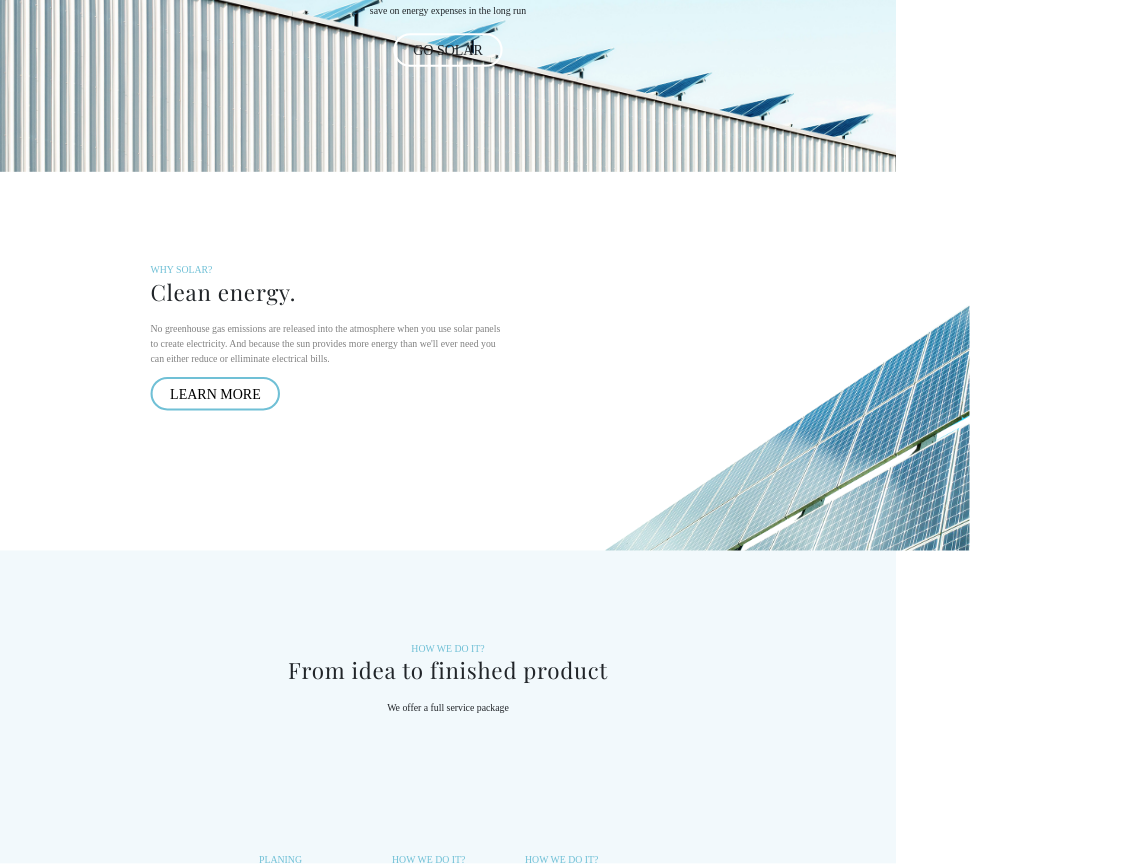
Repository: sabinemm/fabf
Page: index.html
The author's editor kept a record of every edit. The page is drawn from the files as they stood at one moment, then again after the next edit.
The browser window is 1280 px wide. The page is 1385 px wide, then 1615 px, then 1385 px, so the pictures cover 1615 px, including what lies to the right of the window. The pictures show the part of the page from y = 349 to 1869 px (the page is 1587 px tall before and 2401 px after), at 70% of full size.
Backgrounds fixed to the window are drawn as part of the page. Some web fonts or font styles are not loaded; a fallback is used.

Above is the page before.

### index.html
<!DOCTYPE html>
<html lang="en">

<head>
    <meta charset="UTF-8">
    <meta name="viewport" content="width=device-width, initial-scale=1.0">
    <meta http-equiv="X-UA-Compatible" content="ie=edge">
    <link rel="stylesheet" href="style.css" type="text/css" />
    <link rel="stylesheet" href="https://stackpath.bootstrapcdn.com/bootstrap/4.3.1/css/bootstrap.min.css" integrity="sha384-ggOyR0iXCbMQv3Xipma34MD+dH/1fQ784/j6cY/iJTQUOhcWr7x9JvoRxT2MZw1T" crossorigin="anonymous">
    <link rel="stylesheet" media="screen" href="https://fontlibrary.org/face/roundo" type="text/css" />
    <link rel="stylesheet" media="screen" href="https://fontlibrary.org/face/source-sans-pro" type="text/css" />
    <link href="https://fonts.googleapis.com/css?family=Playfair+Display&display=swap" rel="stylesheet">
    <title>FOR A BETTER FUTURE</title>
</head>

<body>

    <!–-----– NAVBAR ------->

    <div class="container">
        <nav class="navbar navbar-fixed-top navbar-expand-lg navbar-light bg-light">
            <a class="navbar-brand" href="#">
          <img src="img/logo.svg" height="50px"alt="logo">
        </a>
            <button class="navbar-toggler" type="button" data-toggle="collapse" data-target="#navbarText" aria-controls="navbarText" aria-expanded="false" aria-label="Toggle navigation">
    <span class="navbar-toggler-icon"></span>
  </button>
            <div class="collapse navbar-collapse justify-content-center" id="navbarText">
                <ul class="navbar-nav mr-auto">
                    <li class="nav-item">
                        <a class="nav-link" href="#">About</a>
                    </li>
                    <li class="nav-item">
                        <a class="nav-link" href="#">Concept</a>
                    </li>
                    <li class="nav-item">
                        <a class="nav-link" href="#">Pricing</a>
                    </li>
                </ul>
                <span class="navbar-text">
          <button type="button" class="btn btn-blue-border">CONTACT</button>
    </span>
            </div>
        </nav>
    </div>

    <!–-----– FIRST SECTION ------->

    <section id="parallax">
        <div class="container">
            <div class="ltitle text-center">
                <p class="uppercase stitle">WELCOME TO A BETTER FUTURE</p>
                <h2> Where we can make your dreams <br> of sustainability become a reality </h2>
                <p class="tparagraph"> We can create your perfect off-grid sanctuary, power your summer home or help you <br> save on energy expenses in the long run</p>
                <button type="button" class="btn  btn-transp-white-border">GO SOLAR</button>
            </div>
        </div>
    </section>

    <!–-----– SECOND SECTION ------->

    <section id="clean">
        <div class="container container-fluid section-2">
            <div class="row">
                <div class="col col-md-6">
                    <p class="uppercase stitle stitle-blue">WHY SOLAR?</p>
                    <h2 class="ltitle ltitle2"> Clean energy.</h2>
                    <p class="tparagraph tparagraph2"> No greenhouse gas emissions are released into the atmosphere when you use solar panels to create electricity. And because the sun provides more energy than we'll ever need you can either reduce or elliminate electrical bills. </p>
                    <button type="button" class="btn btn-blue-border">LEARN MORE</button>

                </div>
            </div>

            <div class="container">
                <div class="col col-md-6 offset-md-6">
                    <img src="img/sidepanel.png" class="sidepanel"></img>
                </div>
            </div>
        </div>

    </section>

    <!–-----– THIRD SECTION ------->

    <section id="idea">
        <div class="idea-title text-center">
            <p class="uppercase stitle stitle-blue">HOW WE DO IT?</p>
            <h2 class="ltitle ltitle2"> From idea to finished product</h2>
            <p class="tparagraph">We offer a full service package</p>

        </div>
        <div class="container">
            <div class="row justify-content-center">
                <div class=" col-2 col-md-2">
                     <p class="uppercase stitle stitle-blue">PLANING</p>
                </div>
                <div class="col-2 col-md-2">
                     <p class="uppercase stitle stitle-blue">HOW WE DO IT?</p>
                </div>
                <div class="col-2 col-md-2">
                     <p class="uppercase stitle stitle-blue">HOW WE DO IT?</p>
                </div>
            </div>

        </div>

    </section>

</body>

</html>

### style.css

/*-------------------navbar------------------*/

.navbar {
    margin-top: 30px;
    margin-left: 30px;
    margin-right: 30px;

}

@media (max-width:536px) {
    .navbar {
        margin-top: 15px;
        margin-left: 10px;
        margin-right: 10px;
    }
}

/*-------------------Buttons------------------*/

.btn-transp-white-border,
.btn-transp-white-border:hover,
.btn-transp-white-border:active,
.btn-transp-white-border:visited,
.btn-transp-white-border:active:focus,
.btn-transp-white-border:focus {
    background-color: rgba(0, 0, 0, 0);
    border: solid 3px white !important;
    border-radius: 30px !important;
    color: white;
    text-align: center;
    text-decoration: none;
    display: inline-block;
    font-size: 20px !important;
    font-family: 'SourceSansProRegular';
    padding-left: 25px !important;
    padding-right: 25px !important;
}


.btn-transp-white-border:hover {
    background-color: rgba(255, 255, 255, 0.5);
    padding-left: 25px;
    padding-right: 25px;
}


.btn-blue-border,
.btn-blue-border:hover,
.btn-blue-border:active,
.btn-blue-border:visited,
.btn-blue-border:active:focus,
.btn-blue-border:focus {
    background-color: rgba(0, 0, 0, 0) !important;
    border: solid 3px rgb(112, 192, 214) !important;
    border-radius: 30px !important;
    color: black !important;
    text-align: center;
    text-decoration: none;
    display: inline-block;
    font-size: 20px !important;
    font-family: 'SourceSansProRegular';
    padding-left: 25px !important;
    padding-right: 25px!important;
}

.btn-blue-border:hover {
    background-color: rgba(112, 192, 214, 0.5) !important;
    padding-left: 25px;
    padding-right: 25px;
}


/*-------------------SECTION 1 PAGE 1------------------*/

#parallax {
    background: url(img/1page1section.jpg);
    background-attachment: fixed;
    background-position: bottom;
    background-repeat: no-repeat;
    background-size: cover;
    margin-top: -110px;
}

@media (max-width:536px) {
    #parallax {
        margin-top: -110px;
    }
}

.stitle {
    font-size: 14px;
    font-family: 'RoundoRegular';
    font-weight: 500;
    font-style: normal;
    margin-bottom: -5px;
}

.ltitle {
    padding-top: 200px;
    font-family: 'Playfair Display';
    letter-spacing: 1px;
    line-height: 30px;
    padding-bottom: 150px;
}

@media (max-width:768px) {
    .ltitle {
        padding-top: 150px;
        padding-bottom: 100px;
    }
}

.tparagraph {
    padding-top: 10px;
    font-family: 'SourceSansProRegular';
    font-weight: normal;
    font-style: normal;
    font-size: 14px;
    letter-spacing: 0;
}

@media (max-width:768px) {
    br {
        display: none !important;
        visibility: hidden;
    }
}

/*-------------------SECTION 2 PAGE 1------------------*/
#clean {
    padding-left: 0;
}
@media (min-width:768px) {
#clean {
    padding-left: 200px;
}
}

.stitle-blue {
    color:rgb(112, 192, 214);
    padding-top: 70px;

}

@media (min-width:768px) {
    .stitle-blue {
        padding-top: 130px;
    }
}

.ltitle2 {
padding-top: 10px;
padding-bottom: 10px;
}

.tparagraph2 {
    color: gray;

}

.section-2 {
  padding-bottom: 100px;
}

.sidepanel {
position:relative;
float: right;
height:350px;
margin-top: -150px;
margin-right: -150px;
z-index: 0;
}


/*-------------------SECTION 3 PAGE 1------------------*/

#idea {
    background-color: rgb(242, 249,252);
}

.idea-title {;
    padding-bottom: 50px;
    margin-top: 100px;
}

After the next edit:
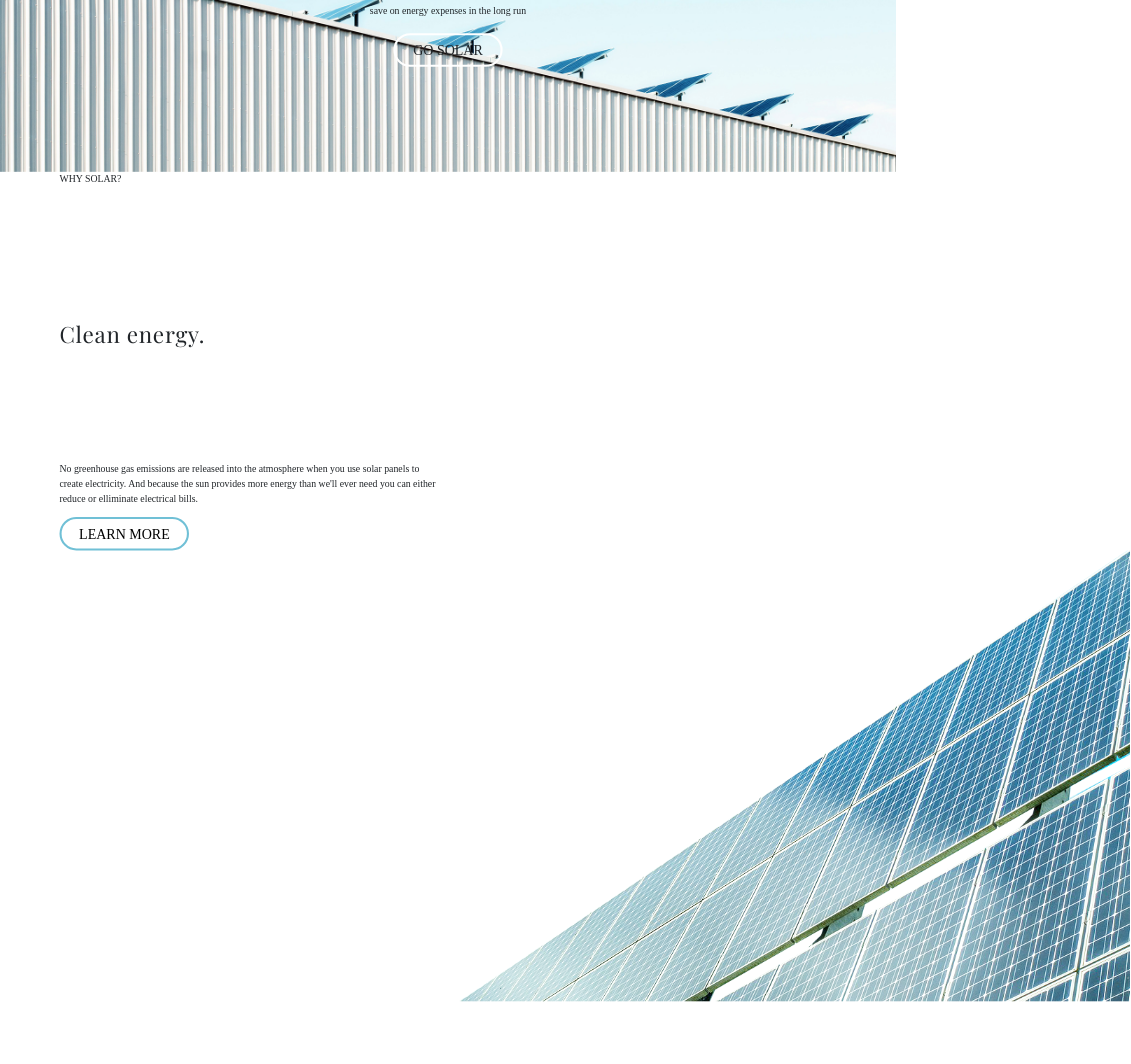
The edit:
--- a/style.css
+++ b/style.css
@@ -128,7 +128,7 @@
 }
 
 /*-------------------SECTION 2 PAGE 1------------------*/
-#clean {
+ /* #clean {
     padding-left: 0;
 }
 @media (min-width:768px) {

After the 2 edits that followed:
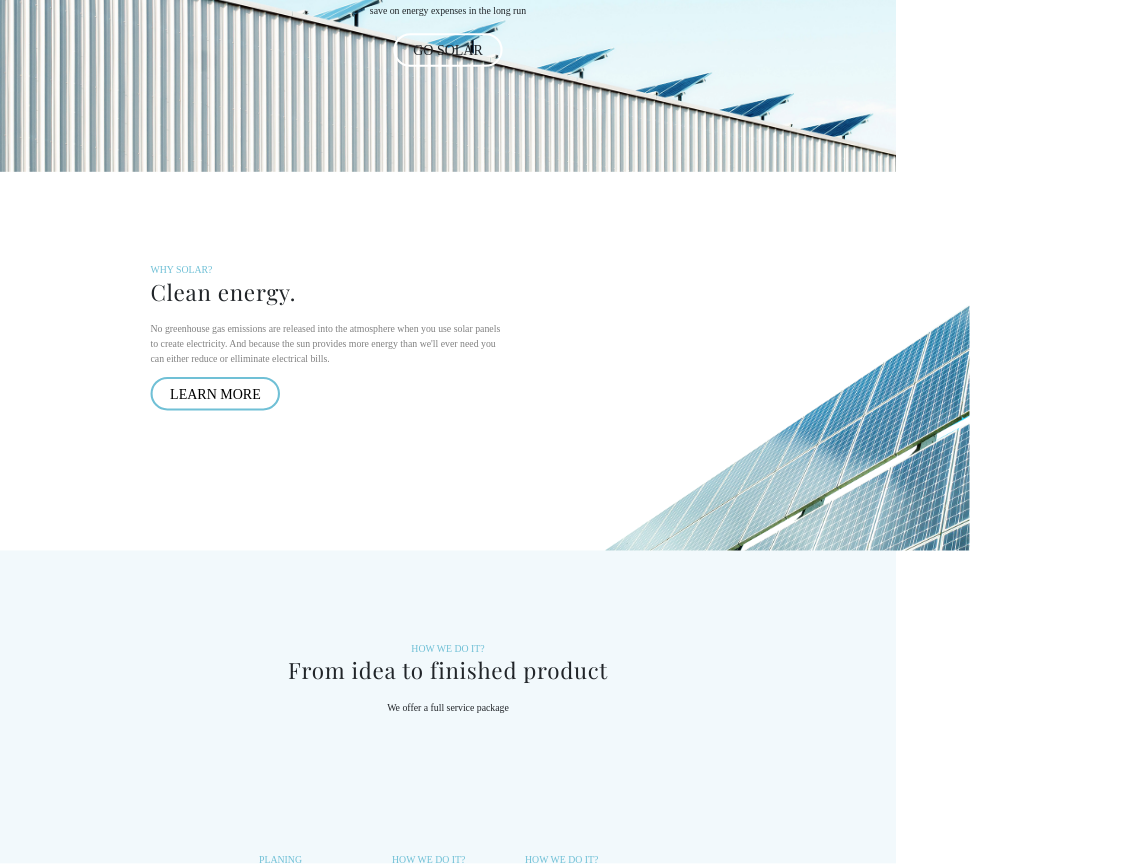
The 2 edits are shown as one change because 1 left the picture as it was.
The edit:
--- a/style.css
+++ b/style.css
@@ -128,7 +128,7 @@
 }
 
 /*-------------------SECTION 2 PAGE 1------------------*/
- /* #clean {
+#clean {
     padding-left: 0;
 }
 @media (min-width:768px) {
@@ -136,6 +136,7 @@
     padding-left: 200px;
 }
 }
+
 
 .stitle-blue {
     color:rgb(112, 192, 214);
